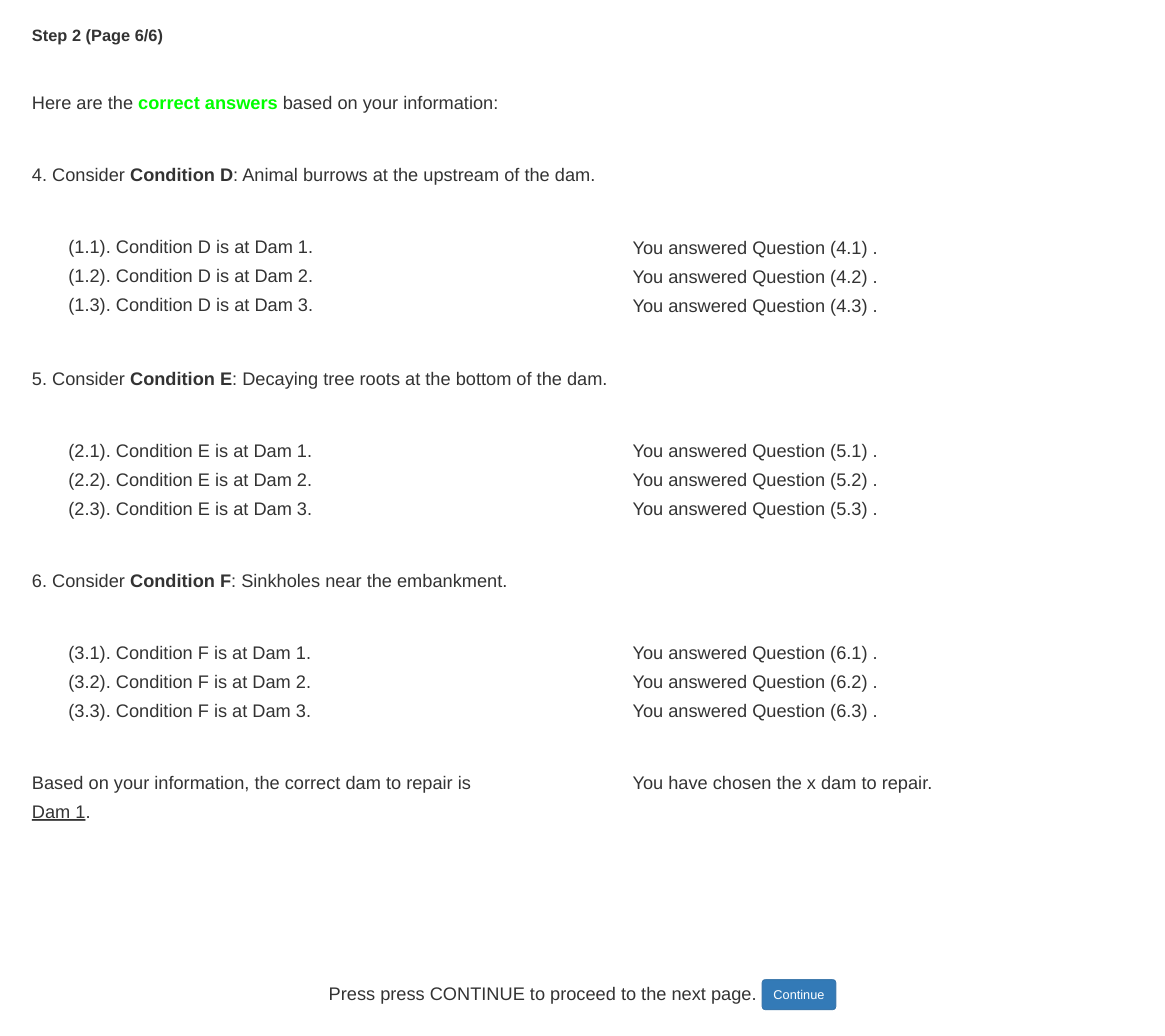
Repository: zmikaya/behavecon
Page: templates/group/Category3Dams_p17.html
The author's editor kept a record of every edit. The page is drawn from the files as they stood at one moment, then again after the next edit.
The browser window is 1280 px wide. The pictures show the whole page, at 91% of full size.
The template is drawn by Django 2.2. The application's start-up code is not run. The template is opened directly, without the code that normally fills it, so the values that code supplies are empty.

Above is the page before.
Console error: TypeError: Cannot read properties of null (reading 'getAttribute')

After the next edit:
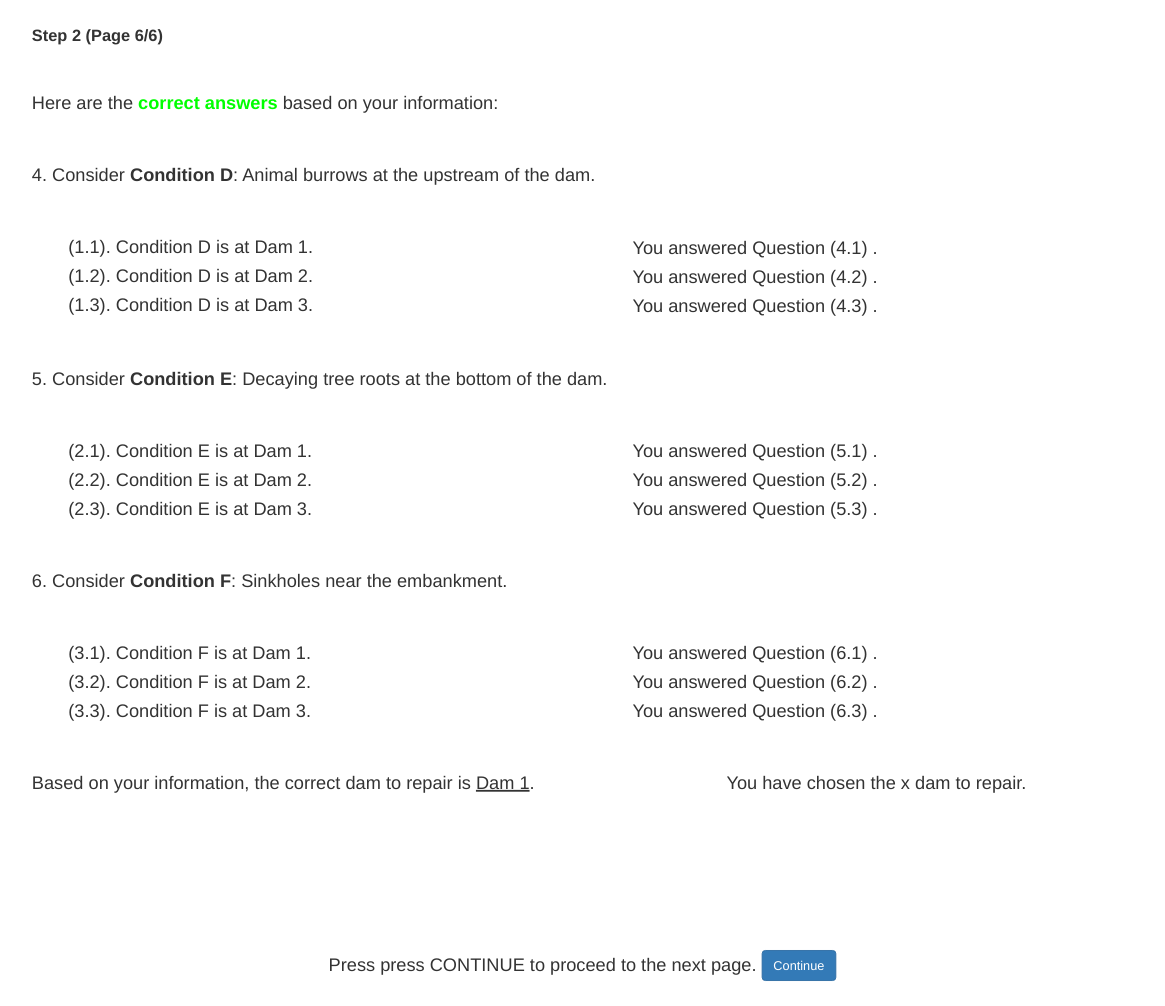
The edit:
--- a/templates/group/Category3Dams_p17.html
+++ b/templates/group/Category3Dams_p17.html
@@ -85,7 +85,7 @@
                 </div>
             </div>
             <div class="row">
-                <div class="col-lg-5 left-align">
+                <div class="col-lg-6 left-align">
                     <p>Based on your information, the correct dam to repair is <u>Dam 1</u>.</p>
                 </div>
                 <div class="col-lg-1"></div>
